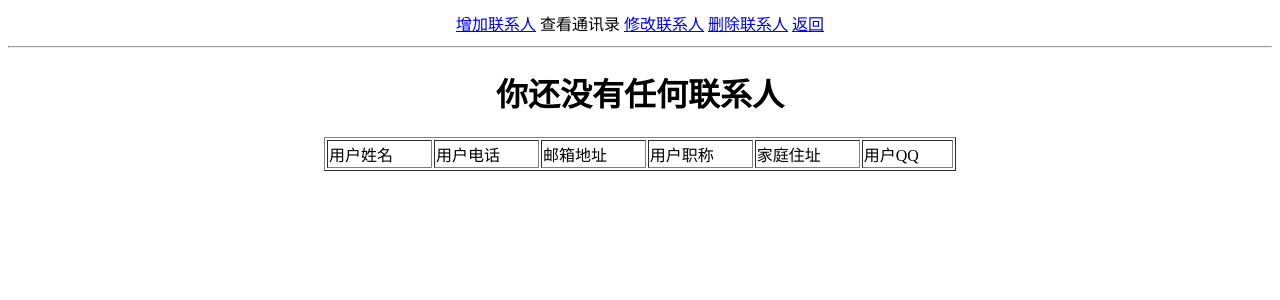
Repository: zy840055899/old-workspace
Page: http://localhost/PIMS/friendManager/lookFriend.jsp
The author's editor kept a copy of each file at every save. The page is drawn from the files as they stood at one save, then again after the next save.
The browser window is 1280 px wide. The pictures show the whole page.
The page is served by Tomcat 9. Other server files are loaded and not shown.

Above is the page before, as saved 2014-03-13 13:05:43.

### PIMS/WebContent/friendManager/lookFriend.jsp
<%@page import="friendManager.LookFriendBean"%>
<%@page import="java.util.ArrayList"%>
<%@ page language="java" contentType="text/html; charset=UTF-8"
    pageEncoding="UTF-8"%>
<!DOCTYPE html PUBLIC "-//W3C//DTD HTML 4.01 Transitional//EN" "http://www.w3.org/TR/html4/loose.dtd">
<html>
<head>
<meta http-equiv="Content-Type" content="text/html; charset=UTF-8">
<title>个人信息管理系统--查看通讯录</title>
</head>
<body>

<center>

<table>

<tr>
<td><a href="http://localhost:8080/PIMS/friendManager/addFriend.jsp">增加联系人</a></td>
<td>查看通讯录</td>
<td><a href="http://localhost:8080/PIMS/friendManager/updateFriend.jsp">修改联系人</a></td>
<td><a href="http://localhost:8080/PIMS/friendManager/deleteFriend.jsp">删除联系人</a></td>
<td><a href="http://localhost:8080/PIMS/main/main.jsp">返回</a></td>
</tr>

</table><hr>

<table border="1" width="50%">

<tr>
<td>用户姓名</td>
<td>用户电话</td>
<td>邮箱地址</td>
<td>用户职称</td>
<td>家庭住址</td>
<td>用户QQ</td>
</tr>

<%
ArrayList friendslist = (ArrayList)session.getAttribute("friendslist");
if(friendslist == null || friendslist.size() == 0)
{
%>
<div>
<h1>你还没有任何联系人</h1>
</div>
<%
}
else
{
	for(int i = friendslist.size() - 1; i >= 0; i--)
	{
		LookFriendBean ff = (LookFriendBean)friendslist.get(i);
%>

<tr>
<td><%=ff.getName() %></td>
<td><%=ff.getPhone() %></td>
<td><%=ff.getEmail() %></td>
<td><%=ff.getWorkplace() %></td>
<td><%=ff.getPlace() %></td>
<td><%=ff.getQQ() %></td>
</tr>
<%
	}
}
%>

</table>

</center>

</body>
</html>

After the next save:
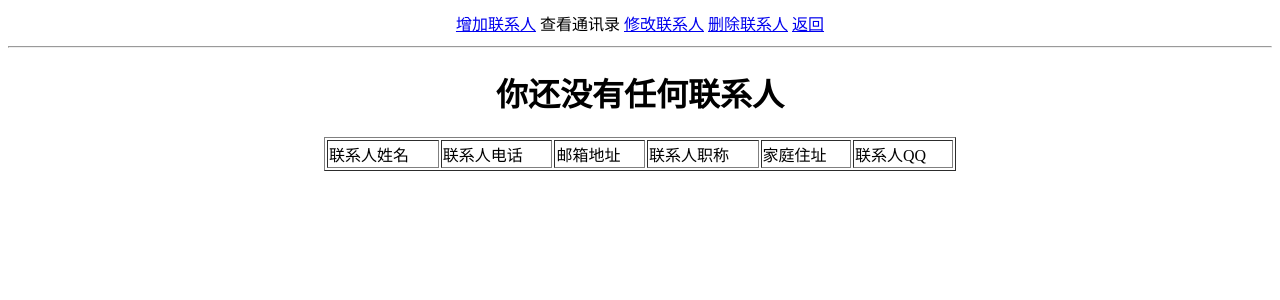
Saved 2 days later.
--- a/PIMS/WebContent/friendManager/lookFriend.jsp
+++ b/PIMS/WebContent/friendManager/lookFriend.jsp
@@ -27,12 +27,12 @@
 <table border="1" width="50%">
 
 <tr>
-<td>用户姓名</td>
-<td>用户电话</td>
+<td>联系人姓名</td>
+<td>联系人电话</td>
 <td>邮箱地址</td>
-<td>用户职称</td>
+<td>联系人职称</td>
 <td>家庭住址</td>
-<td>用户QQ</td>
+<td>联系人QQ</td>
 </tr>
 
 <%
